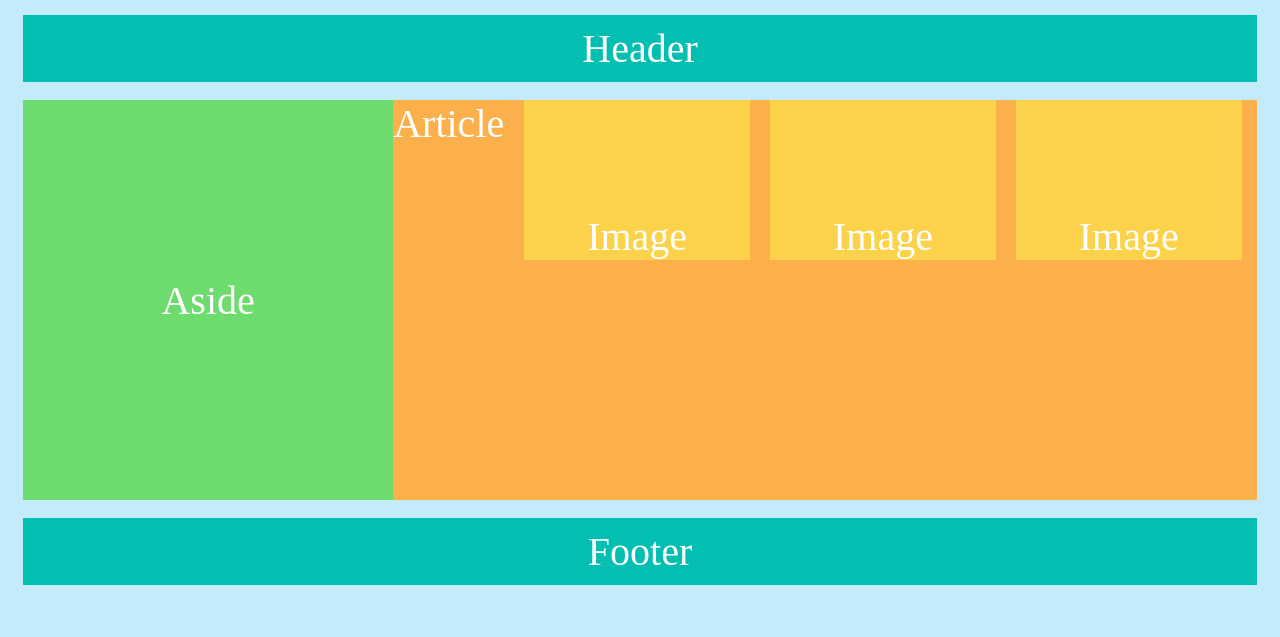
Repository: huyennvo/CSS
Page: flex-css-example/index.html
These files come from the project's save history. The page is drawn as it stood at one moment and after the next save; the edit follows.
The browser window is 1280 px wide. The pictures show the whole page.

Above is the page before, as saved 2022-07-18 11:27:06.

After the next save:
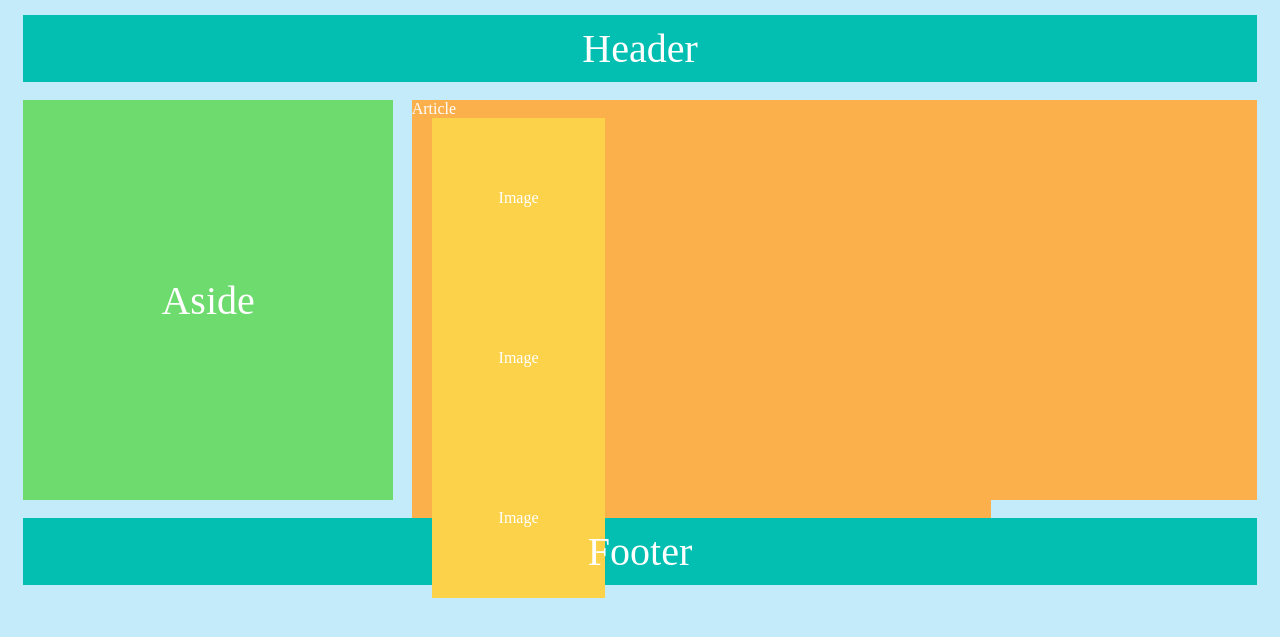
Saved 67 s later.
--- a/flex-css-example/index.css
+++ b/flex-css-example/index.css
@@ -42,17 +42,18 @@ html {
     background-color: #FBB04C;
     width: 68.5%;
     height: 400px;
+
+}
+
+.body-right-bottom {
     display: flex;
-    /* justify-content: center;
-    align-items: flex-end; */
+    justify-content: center;
+    align-items: flex-end;
     font-size: 40px;
     flex-grow: 3;
     flex-direction: row;
 }
 
-p {
-    text-align: center;
-}
 .item {
      background-color: #FCD24A;
      display: flex;
@@ -62,6 +63,6 @@ p {
      width: 30%;
      height: 40%;
      margin-left: 20px;
-     align-items: flex-end;
+
 
 }
